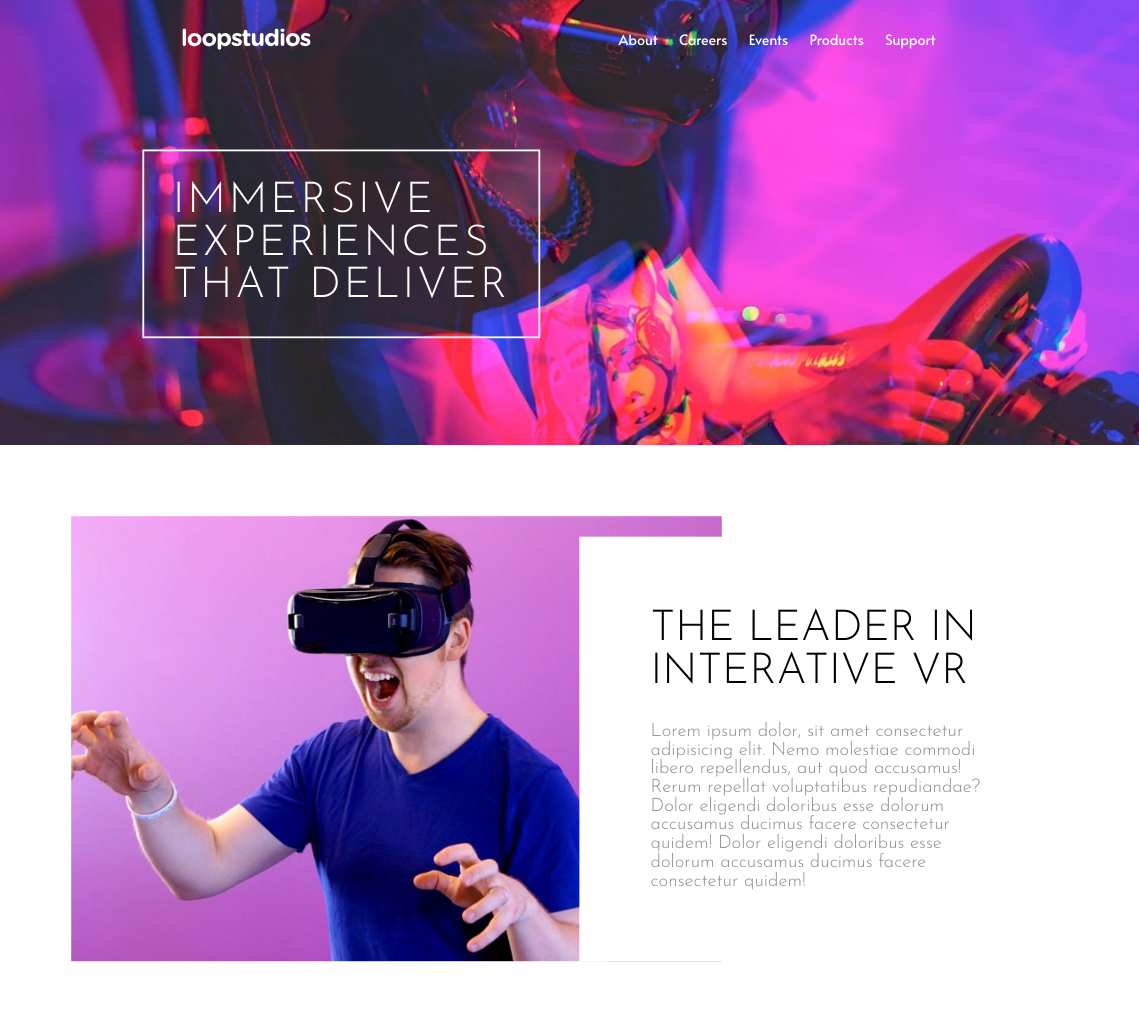
Repository: gligor99/loopstudios-fm
Page: /
These files come from the project's save history. The page is drawn as it stood at one moment and after a run of saves; the edit follows.
The browser window is 1280 px wide. The pictures show the whole page, at 89% of full size.
Backgrounds fixed to the window are drawn as part of the page. The project was rebuilt for these pictures with package versions that can differ from the ones it lists, and the page was loaded fresh each time.

Above is the page before, as saved 2021-11-28 15:54:55.

### src/index.css
@import url('https://fonts.googleapis.com/css2?family=Alata&family=Josefin+Sans:wght@300&display=swap');

:root {
  --clr-white: hsl(0, 0%, 100%);
  --clr-black: hsl(0, 0%, 0%);
  --clr-dark-gray: hsl(0, 0%, 55%);
  --clr-very-dark-gray: hsl(0, 0%, 41%)
}

*,
::after,
::before {
  margin: 0;
  padding: 0;
  box-sizing: border-box;
}

body {
  font-family: "Alata", sans-serif;
  background: var(--clr-light-grayish-cyan);
  color: var(--clr-grey-1);
  font-size: 1rem;
}

### src/App.jsx
import About from "./components/About/About";
import Hero from "./components/Hero/Hero";


function App() {
  return (
    <div className="App">
      <Hero />
      <About />
    </div>
  );
}

export default App;

### src/components/About/About.jsx
import "./about.css";
import image from "../../assets/desktop/image-interactive.jpg";

const About = () => {
  return (
    <div className="about-container">
      <img className="image-interactive" src={image} alt="interactive.jpg" />
      <div className="about-content">
        <h1 className="about-title">The leader in <br />interative VR</h1>
        <p className="about-p">
          Lorem ipsum dolor, sit amet consectetur adipisicing elit. Nemo
          molestiae commodi libero repellendus, aut quod accusamus! Rerum
          repellat voluptatibus repudiandae? Dolor eligendi doloribus esse
          dolorum accusamus ducimus facere consectetur quidem! Dolor eligendi doloribus esse
          dolorum accusamus ducimus facere consectetur quidem!
        </p>
      </div>
    </div>
  );
};

export default About;

### src/components/Hero/Hero.jsx
import React from "react";
import Navbar from "../Navbar/Navbar";
import "./hero.css";

const Hero = () => {
  return (
    <div className="container">
      <Navbar />
      <div className="container-content">
        <h1 className="title">
          Immersive <br /> experiences <br />
          that deliver
        </h1>
      </div>
    </div>
  );
};

export default Hero;

### src/components/About/about.css
.about-container {
  display: flex;
  justify-content: center;
  align-items: flex-end;
  margin: auto;
  padding: 5rem;
}

.image-interactive {
  height: 80%;
  z-index: -1;
}
.about-content {
  background-color: var(--clr-white);
  z-index: 1;
  height: 80%;
  padding: 5rem;
  margin-left: -10rem;
}

.about-title {
  font-family: "Josefin Sans", sans-serif;
  font-weight: 100;
  font-size: 3rem;
  text-transform: uppercase;
}

.about-p {
  color: var(--clr-dark-gray);
  font-family: "Josefin Sans", sans-serif;
  font-size: 1.3rem;
  padding-top: 2rem;
}

### src/components/Navbar/Navbar.jsx
import logo from "../../assets/logo.svg";
import "./navbar.css";

const Navbar = () => {
  return (
    <div className="wrapper">
      <img src={logo} alt="logo.svg" />
      <ul>
        <li>
          <a href="/about">About</a>
        </li>
        <li>
          <a href="/careers">Careers</a>
        </li>
        <li>
          <a href="/events">Events</a>
        </li>
        <li>
          <a href="/products">Products</a>
        </li>
        <li>
          <a href="/support">Support</a>
        </li>
      </ul>
    </div>
  );
};

export default Navbar;

### src/components/Hero/hero.css
.container {
    background: url('../../assets/desktop/image-hero.jpg');
    background-repeat: no-repeat;
    background-attachment: fixed;
    background-size: cover;
    height: 500px;
}
.container-content {
    display: flex;
    margin-top: 5rem;
    margin-left: 10rem;
}

.title {
    border: 2px solid var(--clr-white);
    padding: 2rem;
    text-transform: uppercase;
    font-family: 'Josefin Sans' , sans-serif;
    font-size: 3rem;
    font-weight: 100;
    letter-spacing: 0.2rem;
    color: white;
}

### src/components/Navbar/navbar.css
.wrapper {
  display: flex;
  flex-direction: row;
  justify-content: space-around;
  align-items: center;
  margin: auto;
  padding: 2rem;
  background-color: transparent;
}
img {
  height: 1.5rem;
}
ul {
  display: flex;
  flex-wrap: nowrap;
  justify-content: space-evenly;
}
li {
  list-style-type: none;
  padding-right: 1.5rem;
}
a {
  position: relative;
  display: inline-block;
  text-decoration: none;
  color: var(--clr-white);
}
a:after {
  content: "";
  position: absolute;
  left: 0;
  top: 100%;
  width: 0;
  height: 1.8px;
  background-color: var(--clr-white);
  transition: width 0.2s ease-in-out;
}
a:hover:after {
  width: 100%;
}

Loaded but not shown: public/index.html (common file); src/index.jsx (common file)

After the next 3 saves:
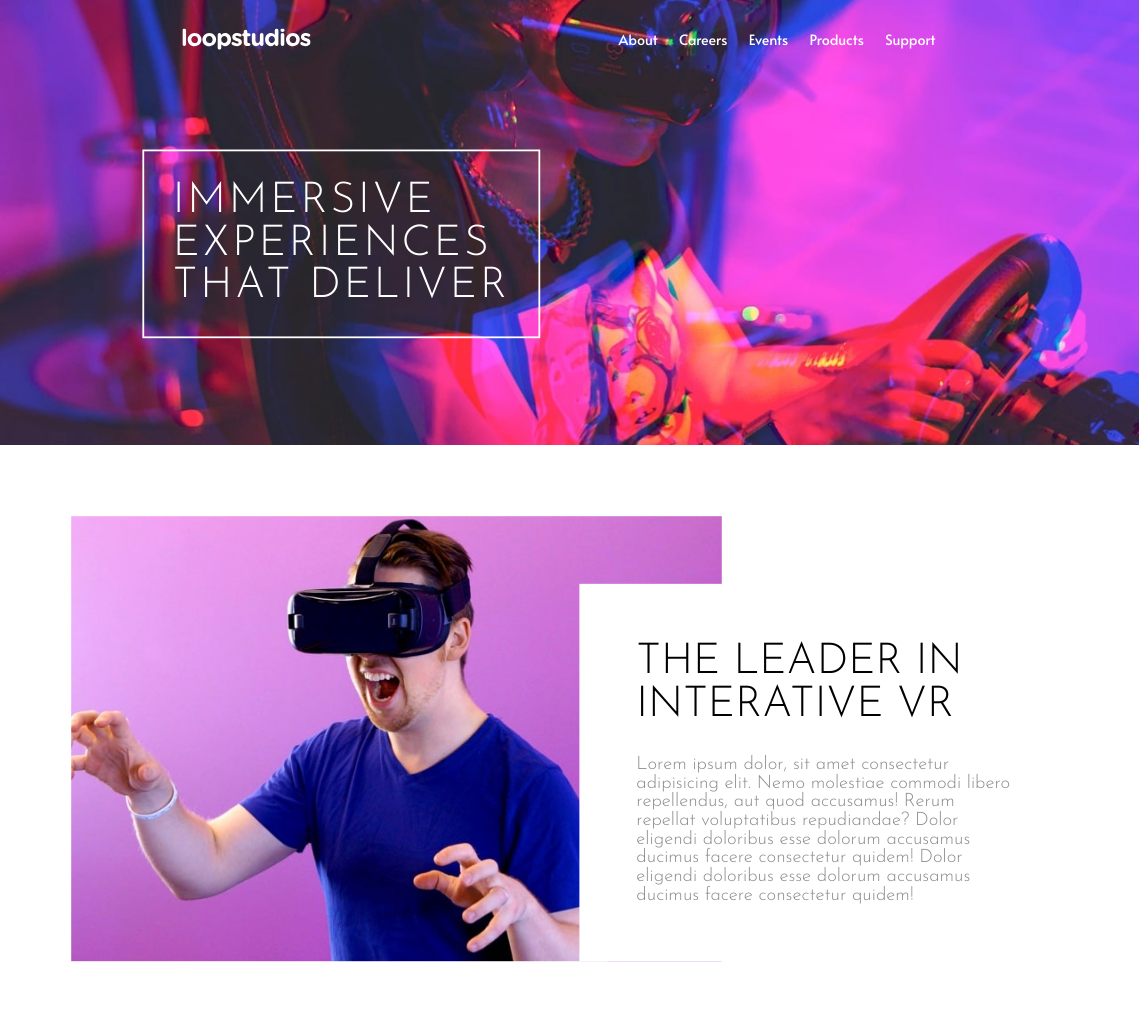
The 3 saves are shown as one change because they came seconds apart.
The last was saved 8 s later.
--- a/src/components/About/about.css
+++ b/src/components/About/about.css
@@ -14,7 +14,7 @@
   background-color: var(--clr-white);
   z-index: 1;
   height: 80%;
-  padding: 5rem;
+  padding: 4rem;
   margin-left: -10rem;
 }
 
